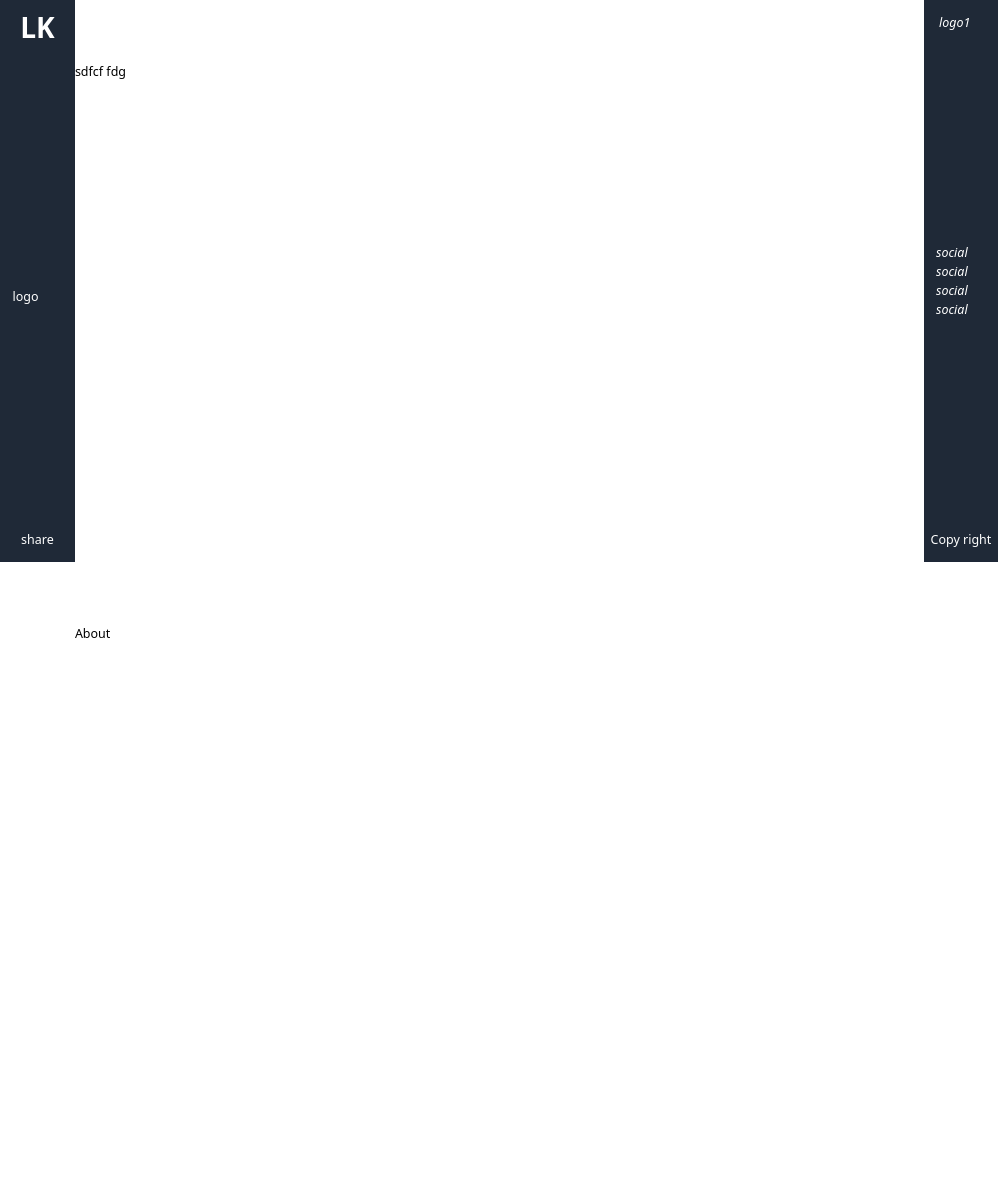
Repository: linco6054/template-tailwindcss
Page: index.html
These files come from the project's save history. The page is drawn as it stood at one moment and after a run of saves; the edit follows.
The browser window is 1280 px wide. The pictures show the whole page, at 78% of full size.

Above is the page before, as saved 2021-08-17 15:50:13.

After the next 2 saves:
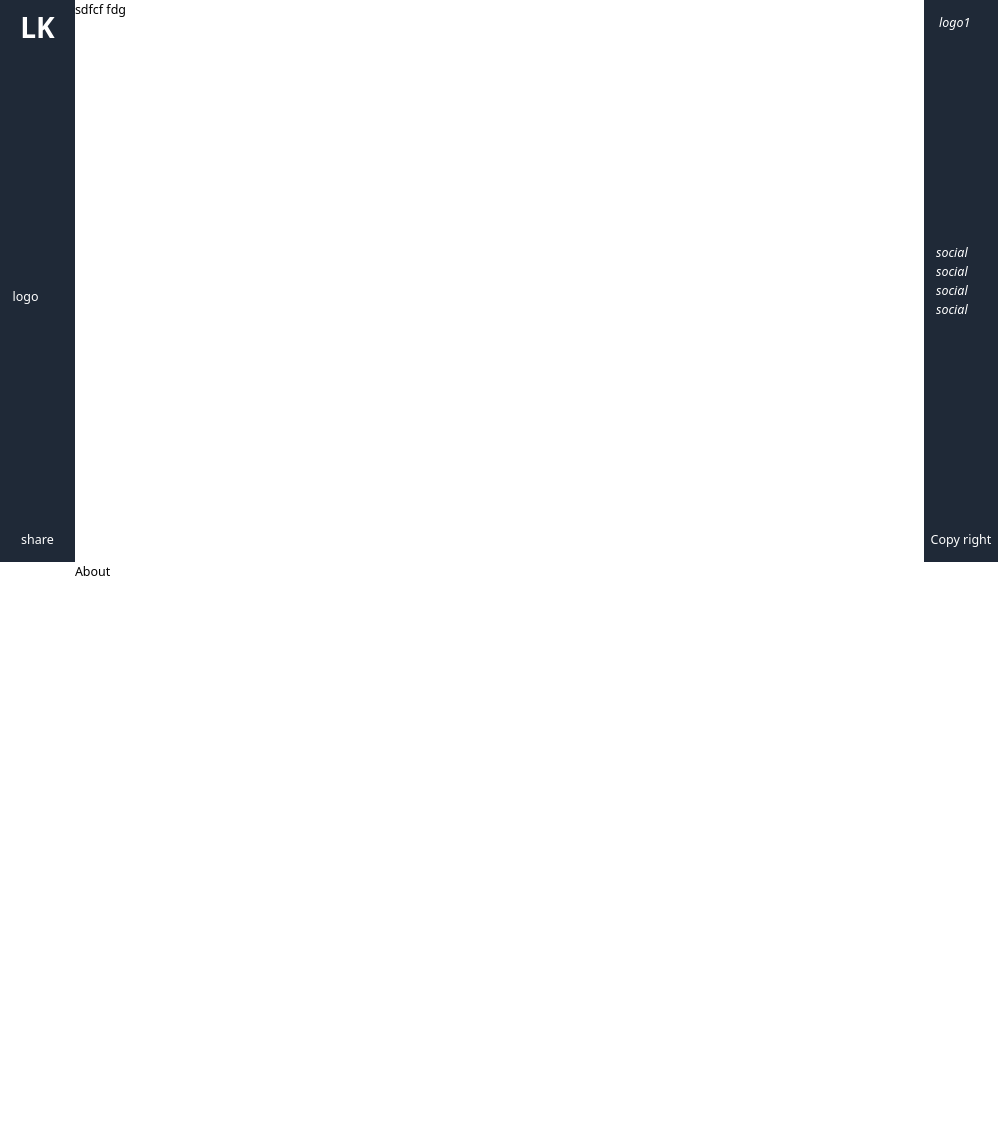
The 2 saves are shown as one change because they came seconds apart.
The last was saved 16 s later.
--- a/index.html
+++ b/index.html
@@ -47,6 +47,7 @@
         h-auto
         text-black
         pt-20
+        md:pt-0
 
       ">
       <div class="h-screen w-full relative overflow-hidden">
